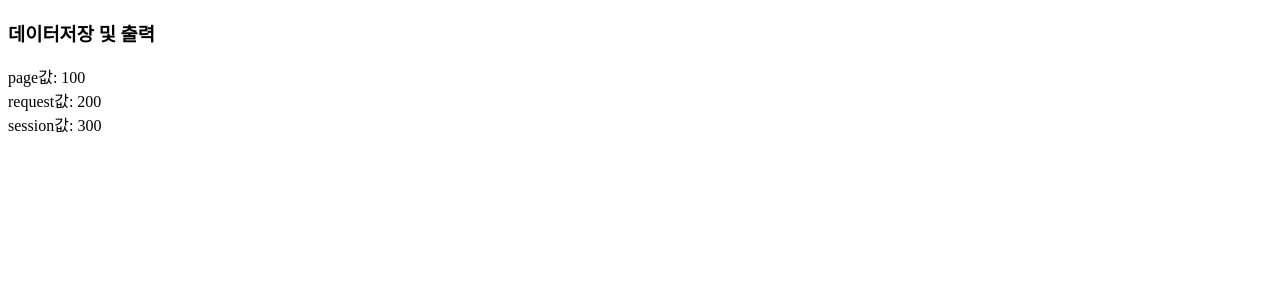
Repository: linklifejo/study_web
Page: http://localhost/servlet02/el/scope_data.jsp
The author's editor kept a copy of each file at every save. The page is drawn from the files as they stood at one save, then again after a run of saves.
The browser window is 1280 px wide. The pictures show the whole page.
The page is served by Tomcat 9. Other server files are loaded and not shown.

Above is the page before, as saved 2023-02-07 01:05:24.

### servlet02/src/main/webapp/el/scope_data.jsp
<%@ page language="java" contentType="text/html; charset=UTF-8"
    pageEncoding="UTF-8"%>
<!DOCTYPE html>
<html>
<head>
<meta charset="UTF-8">
<title>Insert title here</title>
</head>
<body>
<h3>데이터저장 및 출력</h3>
<%
	pageContext.setAttribute("pageValue", 100);
	request.setAttribute("requestValue", 200);
	session.setAttribute("sessionValue", 300);
%>
<div>page값: <%= pageContext.getAttribute("pageValue") %></div>
<div>request값: <%= request.getAttribute("requestValue") %></div>
<div>session값: <%= session.getAttribute("sessionValue") %></div>
</body>
</html>

After the next 3 saves:
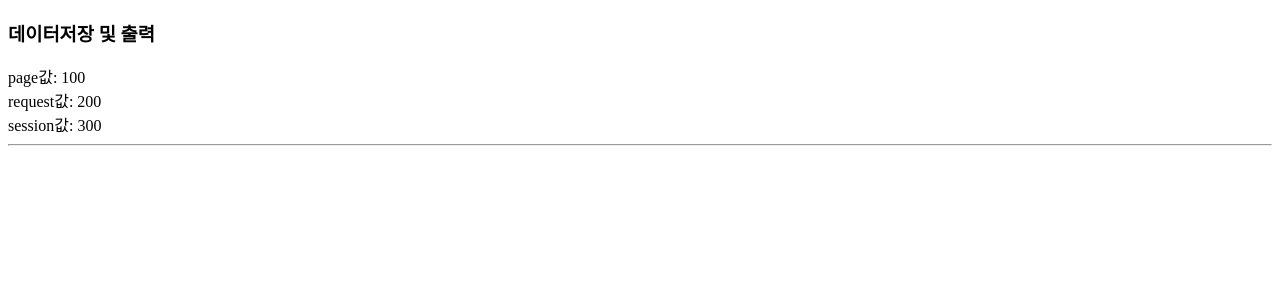
The 3 saves are shown as one change because 2 did not build or start.
The last was saved 2 min 16 s later.
--- a/servlet02/src/main/webapp/el/scope_data.jsp
+++ b/servlet02/src/main/webapp/el/scope_data.jsp
@@ -12,9 +12,16 @@
 	pageContext.setAttribute("pageValue", 100);
 	request.setAttribute("requestValue", 200);
 	session.setAttribute("sessionValue", 300);
+
+	pageContext.setAttribute("value", 100);
+	request.setAttribute("value", 200);
+	session.setAttribute("value", 300);
 %>
 <div>page값: <%= pageContext.getAttribute("pageValue") %></div>
 <div>request값: <%= request.getAttribute("requestValue") %></div>
 <div>session값: <%= session.getAttribute("sessionValue") %></div>
+<hr>
+<%-- <div>값: ${value}</div> --%>
+
 </body>
 </html>
